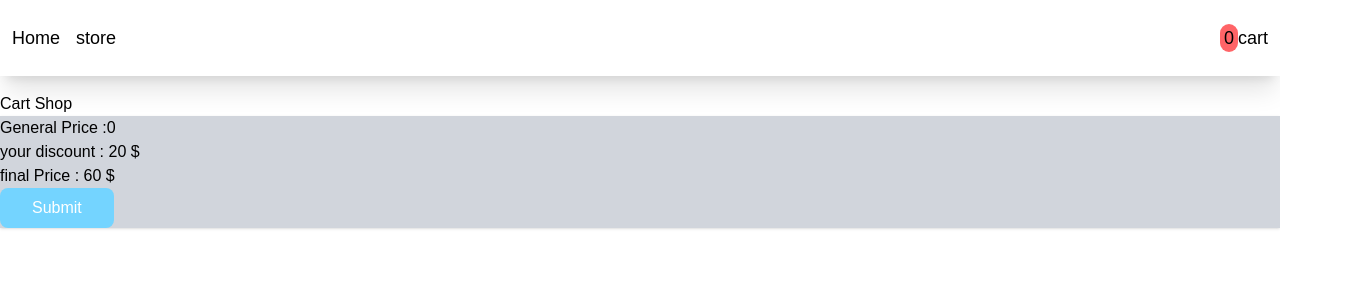
Repository: Rohullah-Noori/Nextjs-online-shop
Page: /cart
The author's editor kept a copy of each file at every save. The page is drawn from the files as they stood at one save, then again after the next save.
The browser window is 1280 px wide. The page is 1280 px wide, then 1360 px, then 1280 px, so the pictures cover 1360 px, including what lies to the right of the window. The pictures show the whole page.
The project was rebuilt for these pictures with package versions that can differ from the ones it lists, and the page was loaded fresh each time. The framework's server and built-in components were replaced by stand-ins that run in the browser. Requests to the local data server were answered from the project's data file. Also part of the build but not shown: next.config.ts, src/app/components/AddToCart.tsx, src/app/components/CartItem.tsx.

Above is the page before, as saved 2025-05-13 16:19:56.

After the next save:
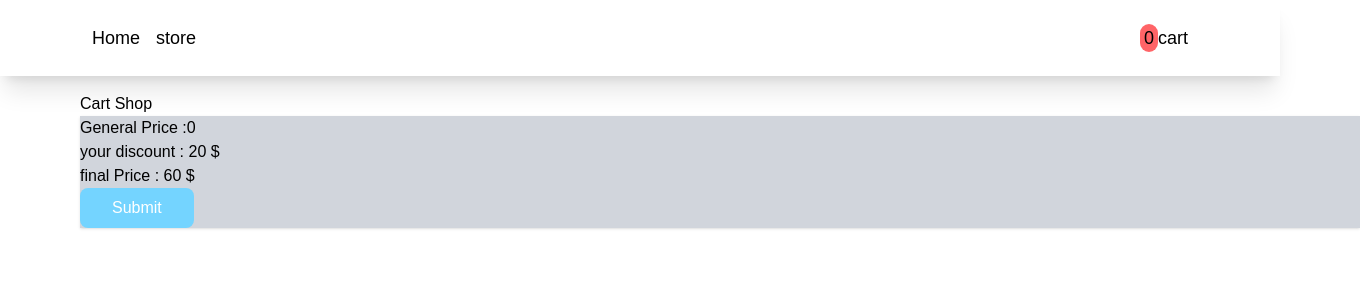
Saved 112 s later.
--- a/src/app/components/Container.tsx
+++ b/src/app/components/Container.tsx
@@ -4,5 +4,5 @@
 }
 
 export default function Container({ children }: IContainerProps) {
-  return <div className="container mx-auto">{children}</div>;
+  return <div className="container mx-20">{children}</div>;
 }

After the save that followed:
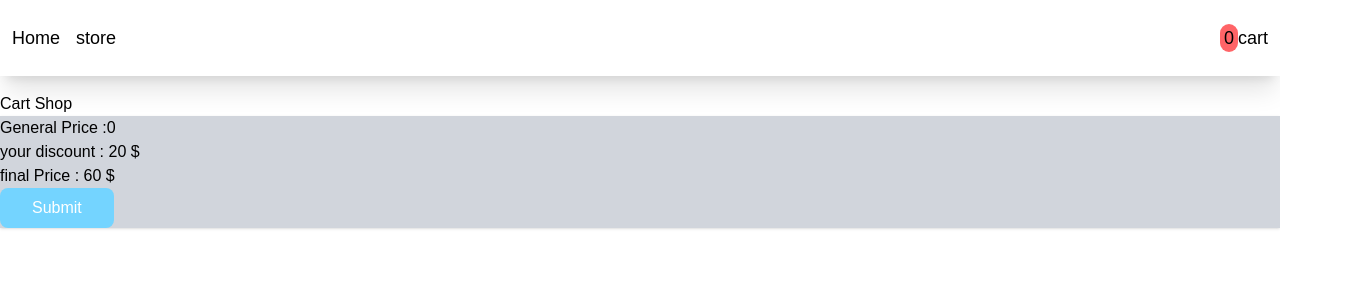
Saved 9 s later.
--- a/src/app/components/Container.tsx
+++ b/src/app/components/Container.tsx
@@ -4,5 +4,5 @@
 }
 
 export default function Container({ children }: IContainerProps) {
-  return <div className="container mx-20">{children}</div>;
+  return <div className="container mx-auto">{children}</div>;
 }
